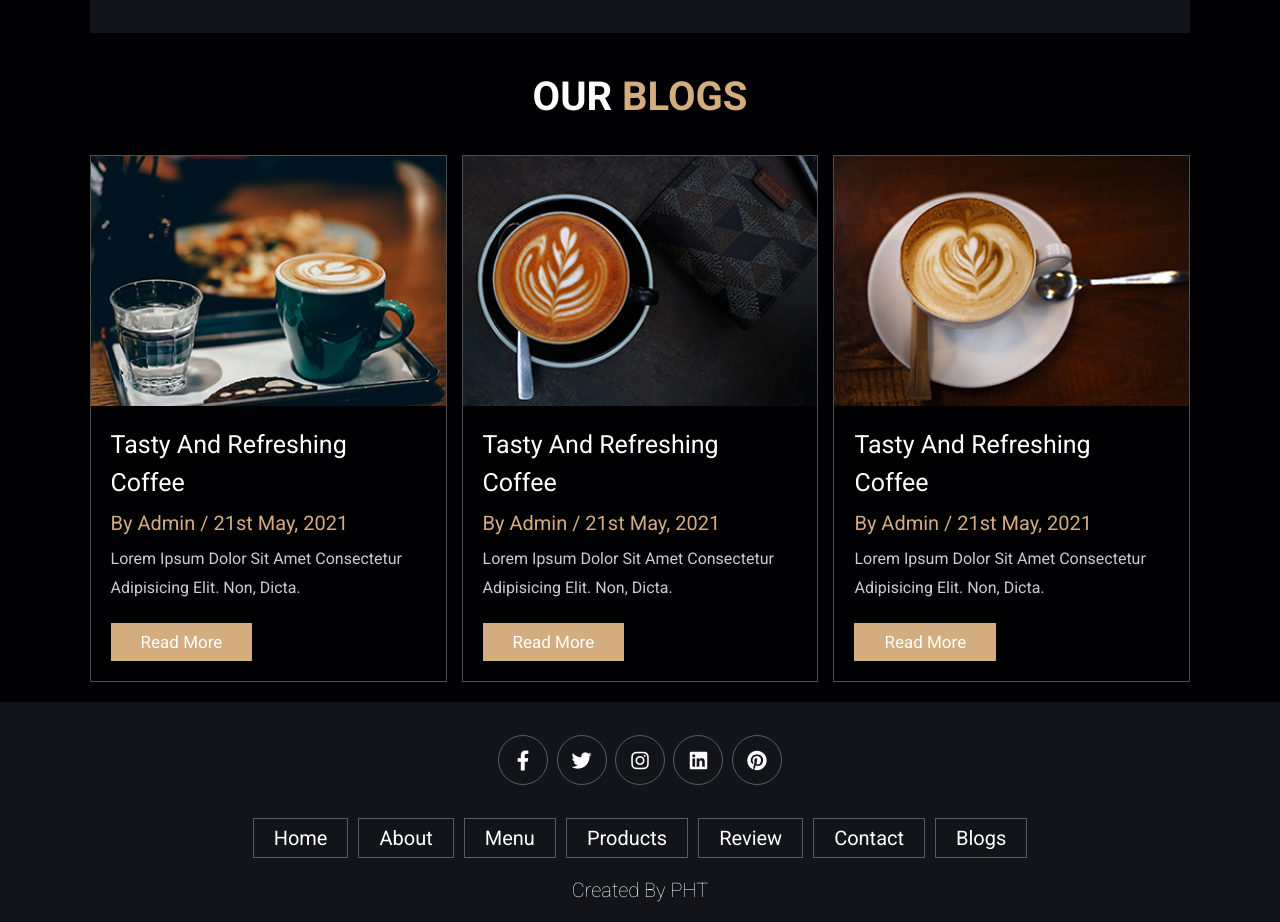
Repository: phamtrunghptn-dev/coffee-shop
Page: index.html
An editor plug-in stored every save of this project. The page is shown before and after a run of saves, followed by the edit.
The browser window is 1280 px wide. The pictures show the part of the page from y = 3756 to 4708 px (the page is 4678 px tall before and 4708 px after).
Pictures or frames that could not be fetched are drawn as grey boxes. A picture or video elsewhere on the page could not be fetched, so the positions and the page height are approximate. Some web libraries are served in a nearby version.

Above is the page before, as saved 2022-06-26 22:21:46.

After the next 2 saves:
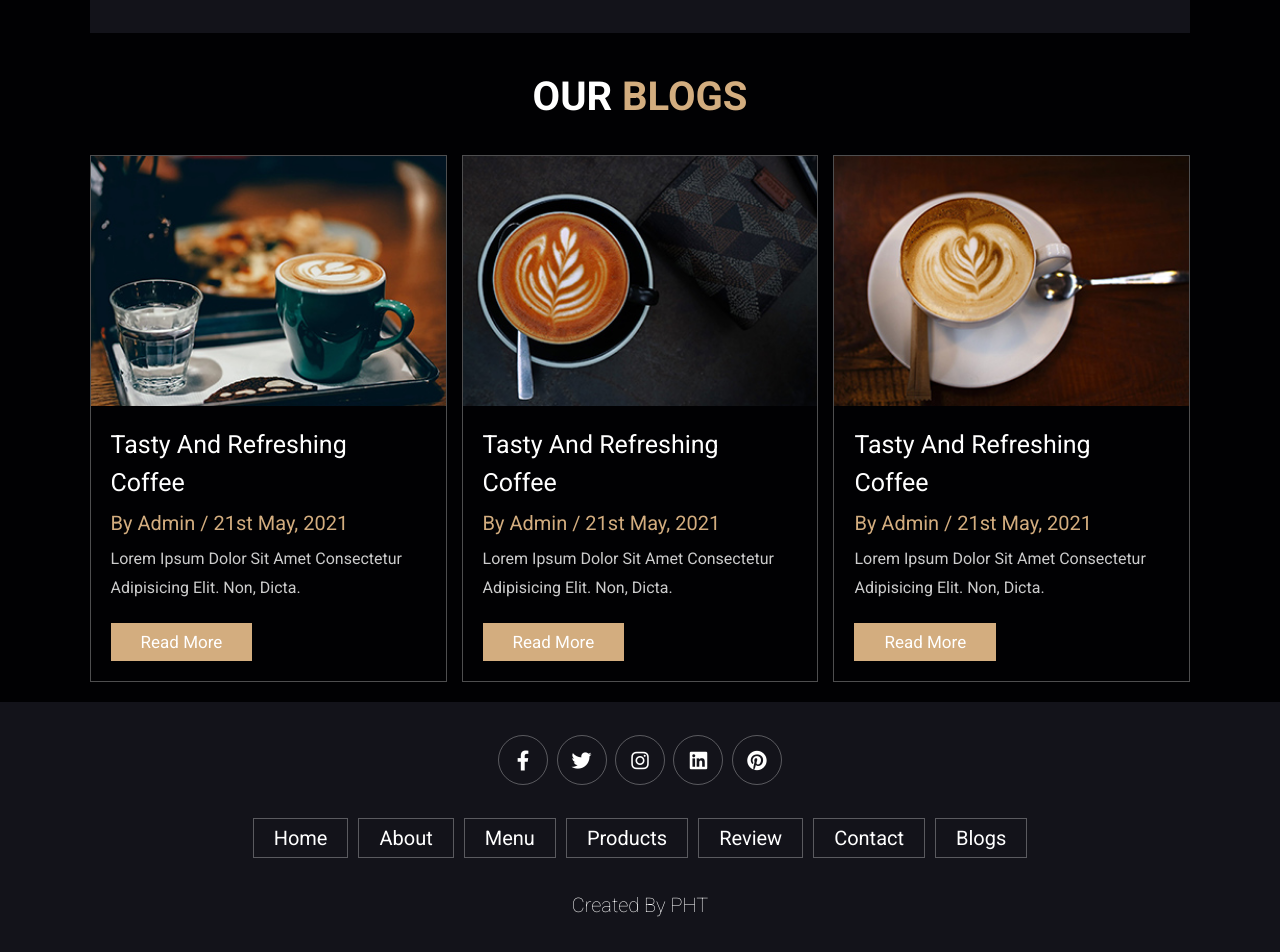
The 2 saves are shown as one change because they came seconds apart.
The last was saved 12 s later.
--- a/css/style.css
+++ b/css/style.css
@@ -558,6 +558,7 @@ section{
     font-size: 2rem;
     color: #fff;
     font-weight: lighter;
+    padding: 1.5rem;
 }
 
 
